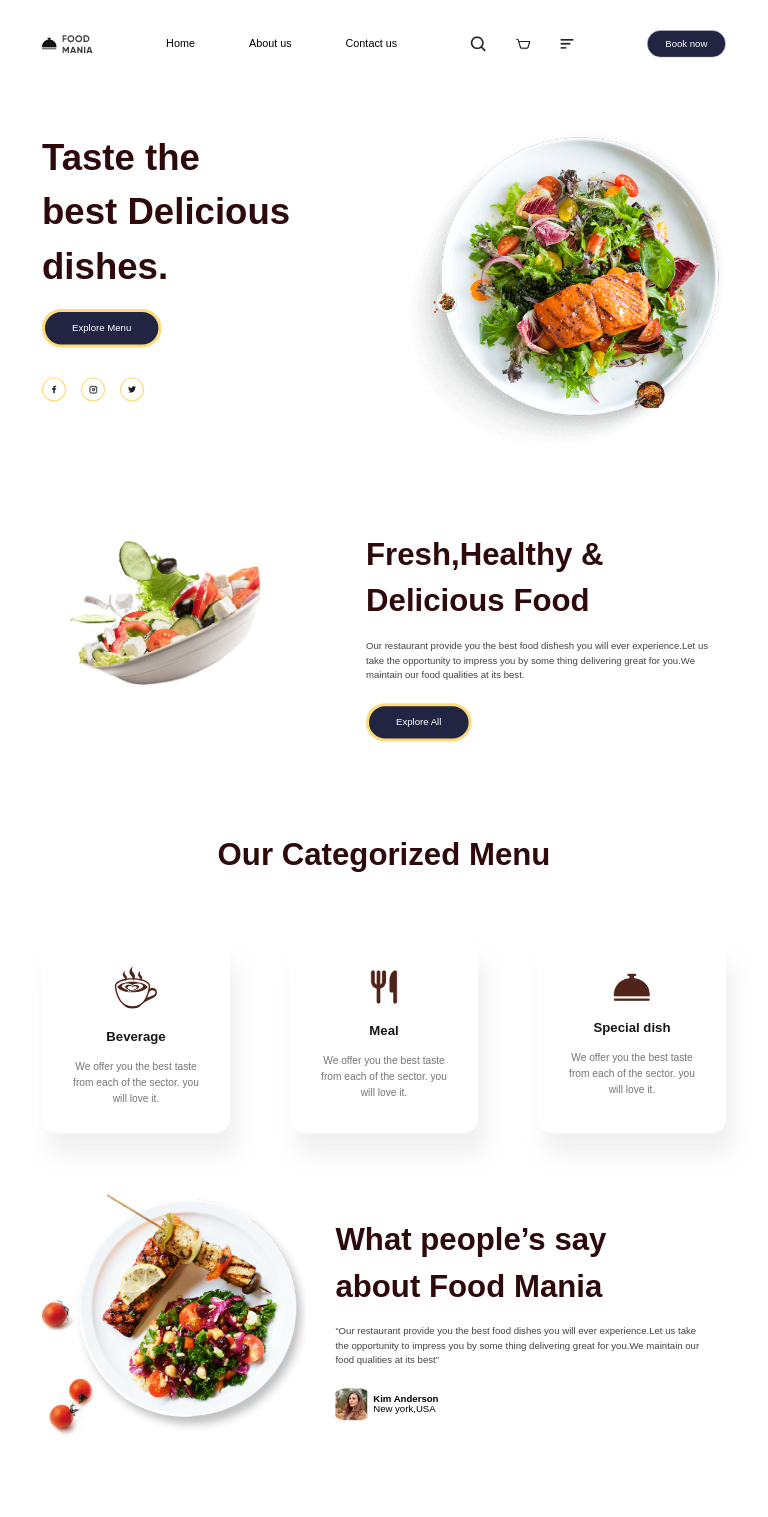
Repository: hoang0508/Figmafood
Page: index.html
An editor plug-in stored every save of this project. The page is shown before and after the next save, followed by the edit.
The browser window is 1280 px wide. The pictures show the whole page, at 60% of full size.
The style sheet was rebuilt from its Sass, Less or Tailwind sources for each picture, by a compiler version that may differ from the author's.

Above is the page before, as saved 2021-11-08 14:20:57.

### index.html
<!DOCTYPE html>
<html lang="en">
  <head>
    <meta charset="UTF-8" />
    <meta http-equiv="X-UA-Compatible" content="IE=edge" />
    <meta name="viewport" content="width=device-width, initial-scale=1.0" />
    <title>LandingPage Food</title>
    <link
      rel="stylesheet"
      href="https://cdnjs.cloudflare.com/ajax/libs/font-awesome/4.7.0/css/font-awesome.min.css"
      integrity="sha512-SfTiTlX6kk+qitfevl/7LibUOeJWlt9rbyDn92a1DqWOw9vWG2MFoays0sgObmWazO5BQPiFucnnEAjpAB+/Sw=="
      crossorigin="anonymous"
      referrerpolicy="no-referrer"
    />
    <link rel="preconnect" href="https://fonts.googleapis.com" />
    <link rel="preconnect" href="https://fonts.gstatic.com" crossorigin />
    <link
      href="https://fonts.googleapis.com/css2?family=Poppins:wght@300;400;500;600;700&display=swap"
      rel="stylesheet"
    />
    <link rel="stylesheet" href="./css/app.css" />
  </head>
  <body>
    <div class="wrapper">
      <header class="header">
        <div class="container">
          <div class="header-container d-flex--between">
            <div class="header-logo d-flex--center">
              <img src="./images/logo.png" alt="" />
              <img src="./images/FOOD MANIA.svg" alt="" />
            </div>
            <ul class="header-list d-flex--center">
              <li class="header-item">
                <a href="#" class="header-link">Home</a>
              </li>
              <li class="header-item">
                <a href="#" class="header-link">About us</a>
              </li>
              <li class="header-item">
                <a href="#" class="header-link">Contact us</a>
              </li>
            </ul>
            <div class="header-icon d-flex--center">
              <a href="#" class="icon-link">
                <img src="./images/icon-search.png" alt="" />
              </a>
              <a href="#" class="icon-link">
                <img src="./images/icon-cart.png" alt="" />
              </a>
              <a href="#" class="icon-link">
                <img src="./images/icon-bars.png" alt="" />
              </a>
            </div>
            <button class="button button--primary">Book now</button>
          </div>
        </div>
      </header>
      <main>
        <section class="hero">
          <div class="container">
            <div class="hero-container d-flex--between">
              <div class="hero-content">
                <h3 class="hero-title">
                  Taste the <span>best Delicious</span> dishes.
                </h3>
                <button class="button button--primary button--secondary">
                  Explore Menu
                </button>
                <div class="hero-social d-flex--center">
                  <a href="#" class="social-icon">
                    <img src="./images/facebook.png" alt="" />
                  </a>
                  <a href="#" class="social-icon">
                    <img src="./images/instagram.png" alt="" />
                  </a>
                  <a href="#" class="social-icon">
                    <img src="./images/twitter.png" alt="" />
                  </a>
                </div>
              </div>
              <div class="hero-image">
                <div class="hero-image--big">
                  <img
                    src="./images/kisspng-hamburger-street-food-seafood-fast-food-delicious-food-5a75083cceaf41 1.png"
                    alt=""
                  />
                </div>
                <div class="hero-image--small-top">
                  <img src="./images/dlf 1.png" alt="" />
                </div>
                <div class="hero-image--small-bottom">
                  <img
                    src="./images/Pad-Thai_1-removebg-preview 1.png"
                    alt=""
                  />
                </div>
              </div>
            </div>
          </div>
        </section>
        <section class="about">
          <div class="container">
            <div class="about-container d-flex--between">
              <div class="about-image">
                <img
                  src="./images/imgbin-greek-salad-recipe-vegetarian-cuisine-everyday-super-food-salad-plate-gEMC3ig2LzciXACd5pm3EKWBe-removebg-preview 1.png"
                  alt=""
                />
              </div>
              <div class="about-content">
                <h3 class="heading-title">Fresh,Healthy & Delicious Food</h3>
                <p class="text-desc">
                  Our restaurant provide you the best food dishesh you will ever
                  experience.Let us take the opportunity to impress you by some
                  thing delivering great for you.We maintain our food qualities
                  at its best.
                </p>
                <button class="button button--primary button--secondary">
                  Explore All
                </button>
              </div>
            </div>
          </div>
        </section>
        <section class="menu">
          <div class="container">
            <div class="menu-container">
              <h3 class="heading-title menu-heading">Our Categorized Menu</h3>
              <div class="menu-list">
                <div class="menu-item">
                  <div class="menu-image">
                    <img
                      src="./images/emojione-monotone_hot-beverage.svg"
                      alt=""
                    />
                  </div>
                  <h3 class="menu-title heading-title--small">Beverage</h3>
                  <p class="menu-desc">
                    We offer you the best taste from each of the sector. you
                    will love it.
                  </p>
                </div>
                <div class="menu-item">
                  <div class="menu-image">
                    <img src="./images/Vector.png" alt="" />
                  </div>
                  <h3 class="menu-title heading-title--small">Meal</h3>
                  <p class="menu-desc">
                    We offer you the best taste from each of the sector. you
                    will love it.
                  </p>
                </div>
                <div class="menu-item">
                  <div class="menu-image">
                    <img src="./images/Vector (1).png" alt="" />
                  </div>
                  <h3 class="menu-title heading-title--small">Special dish</h3>
                  <p class="menu-desc">
                    We offer you the best taste from each of the sector. you
                    will love it.
                  </p>
                </div>
              </div>
            </div>
          </div>
        </section>
        <section class="category">
          <div class="container">
            <div class="category-container d-flex--center">
              <div class="category-image">
                <img src="./images/df2.png" alt="" />
              </div>
              <div class="category-content">
                <h3 class="heading-title category-title">
                  What people’s say about Food Mania
                </h3>
                <p class="text-desc">
                  “Our restaurant provide you the best food dishes you will ever
                  experience.Let us take the opportunity to impress you by some
                  thing delivering great for you.We maintain our food qualities
                  at its best”
                </p>
                <div class="category-author d-flex--center">
                  <div class="category-author--image">
                    <img src="./images/pexels-photo-733872 1.png" alt="" />
                  </div>
                  <div class="category-info">
                    <h4 class="category-name">Kim Anderson</h4>
                    <p class="category-address">New york,USA</p>
                  </div>
                </div>
              </div>
            </div>
          </div>
        </section>
      </main>
    </div>
  </body>
</html>

### sass/app.scss
@import "variable";
@import "reset";
@import "global";
@import "typography";
@import "header";
@import "hero";
@import "about";
@import "menu";
@import "category";

### sass/variable.scss
$primary-color: #212542;
$secondary-color: #2e0a0c;
$border-color: #ffda7b;
$text-color-box: #424242;
$text-color-small: #747474;
$heading-color: #161616;

### sass/reset.scss
html {
  box-sizing: border-box;
}
* {
  margin: 0;
  padding: 0;
}
*,
*:before,
*:after {
  box-sizing: border-box;
}
input,
textarea,
select,
button {
  outline: none;
}
input {
  line-height: normal;
}
label,
button {
  cursor: pointer;
}
a {
  text-decoration: none;
}
img {
  display: block;
  max-width: 100%;
}

ul,
li {
  list-style: none;
}

### sass/global.scss
.wrapper {
  max-width: 1440px;
  margin: 0 auto;
  overflow: hidden;
}

.container {
  max-width: 1170px;
  margin: 0 auto;
  padding: 0 15px;
}

body {
  font-family: "Popins", sans-serif;
  line-height: 1;
  font-size: 16px;
}

body::-webkit-scrollbar {
  width: 7px;
}

body::-webkit-scrollbar-thumb {
  background-color: $primary-color;
  border-radius: 10px;
}

.d-flex--center {
  display: flex;
  align-items: center;
}

.d-flex--between {
  display: flex;
  justify-content: space-between;
  align-items: center;
}

.button {
  display: inline-block;
  color: #fff;
  background-color: $primary-color;
  border: 0;
  &--primary {
    font-size: 16px;
    font-weight: 500;
    line-height: calc(24 / 16);
    padding: 10px 30px;
    background: #212542;
    border: 1.5px solid #ffffff;
    border-radius: 100px;
    display: flex;
    align-items: center;
    justify-content: center;
  }
  &--secondary {
    padding: 15px 45px;
    border-width: 5px;
    border-color: $border-color;
  }
}

### sass/typography.scss
.heading-title {
  font-size: 52px;
  font-weight: 600;
  line-height: calc(87 / 58);
  color: $secondary-color;
}

.text-desc {
  font-size: 16px;
  font-weight: 500;
  line-height: calc(27 / 18);
  padding: 25px 0 35px;
  color: $text-color-box;
}

.heading-title--small {
  font-size: 22px;
  line-height: calc(33 / 22);
  font-weight: 600;
  color: $heading-color;
}

### sass/_header.scss
.header {
  margin-top: 50px;
  margin-bottom: 121px;
  &-logo {
    gap: 10px;
  }
  &-list {
    gap: 0 90px;
    font-size: 18px;
    font-weight: 500;
  }
  &-item {
    position: relative;
  }
  &-link {
    position: relative;
    color: #000000;
  }
  &-link:after {
    content: "";
    position: absolute;
    display: block;
    width: 0;
    height: 3px;
    background-color: $primary-color;
    bottom: -8px;
    border-radius: 5px;
    transition: all 0.3s linear;
  }
  &-link:hover::after {
    width: 100%;
    transition: all 0.3s linear;
  }
  &-icon {
    gap: 0 50px;
  }
}

### sass/_hero.scss
.hero {
  padding-bottom: 120px;
  &-container {
    align-items: stretch;
  }
  &-content {
    max-width: 455px;
    width: 100%;
  }
  &-title {
    font-size: 61px;
    line-height: calc(91 / 61);
    color: $secondary-color;
    font-weight: 600;
    padding-bottom: 25px;
    span {
      display: block;
    }
  }
  &-social {
    padding-top: 50px;
    gap: 0 25px;
    a.social-icon {
      width: 40px;
      height: 40px;
      border: 2px solid $border-color;
      border-radius: 100rem;
      display: flex;
      justify-content: center;
      align-items: center;
    }
  }
  &-image {
    position: relative;
  }
  &-image--big {
    position: relative;
  }
  &-image--small-top {
    position: absolute;
    left: 0;
    top: 50%;
    transform: translateX(50%);
    width: 100px;
  }
  &-image--small-bottom {
    position: absolute;
    bottom: 70px;
    right: 100px;
  }
}

### sass/_about.scss
.about {
  padding-bottom: 135px;
  &-container {
    gap: 170px;
  }
  &-content {
    max-width: 600px;
    width: 100%;
  }
}

### sass/_menu.scss
.menu {
  padding-bottom: 100px;
  &-heading {
    text-align: center;
    padding-bottom: 100px;
  }
  &-list {
    display: grid;
    grid-template-columns: repeat(3, 1fr);
    grid-gap: 0px 100px;
  }
  &-item {
    display: flex;
    align-items: center;
    justify-content: center;
    flex-direction: column;
    background: #ffffff;
    box-shadow: 12px 36px 32px rgba(228, 228, 228, 0.5);
    border-radius: 25px;
    padding: 45px 50px;
  }
  &-image {
    padding-bottom: 28px;
  }
  &-title {
    padding-bottom: 22px;
  }
  &-desc {
    text-align: center;
    font-size: 17px;
    line-height: calc(20 / 13);
    color: $text-color-small;
  }
}

### sass/_category.scss
.category {
  padding-bottom: 125px;
  &-container {
    gap: 50px;
  }
  &-content {
    max-width: 625px;
    width: 100%;
  }
  &-title {
    max-width: 500px;
    width: 100%;
  }
  &-author {
    gap: 10px;
  }
  &-author--image {
    border-radius: 100rem;
  }
}

After the next save:
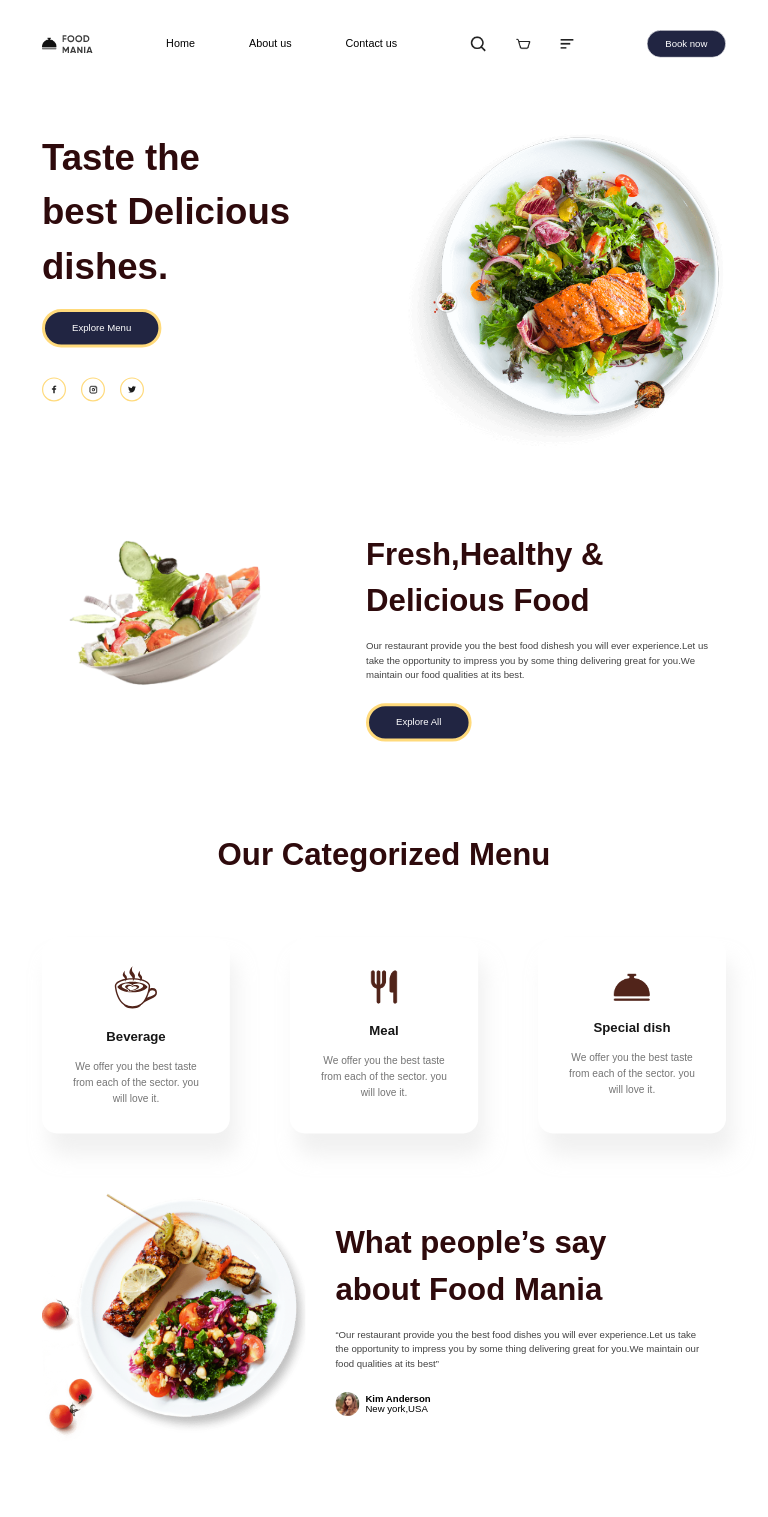
Saved 35 s later.
--- a/sass/_category.scss
+++ b/sass/_category.scss
@@ -14,7 +14,9 @@
   &-author {
     gap: 10px;
   }
-  &-author--image {
+  &-author--image img {
+    width: 40px;
+    height: 40px;
     border-radius: 100rem;
   }
 }
